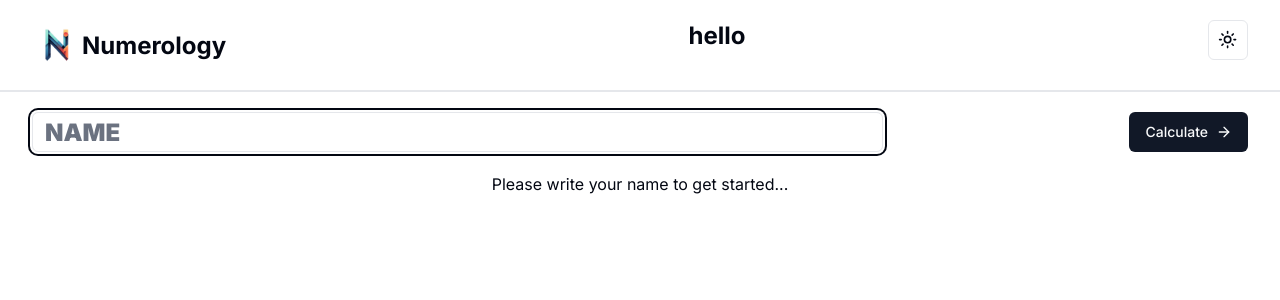
Repository: RaghunadhSahitDruvam/mynumerology
Page: /
The author's editor kept a copy of each file at every save. The page is drawn from the files as they stood at one save, then again after the next save.
The browser window is 1280 px wide. The pictures show the whole page.
The project was rebuilt for these pictures with package versions that can differ from the ones it lists, and the page was loaded fresh each time. The framework's server and built-in components were replaced by stand-ins that run in the browser. Also part of the build but not shown: next.config.js, components/ui/alert-dialog.tsx.

Above is the page before, as saved 2023-12-21 08:00:30.

After the next save:
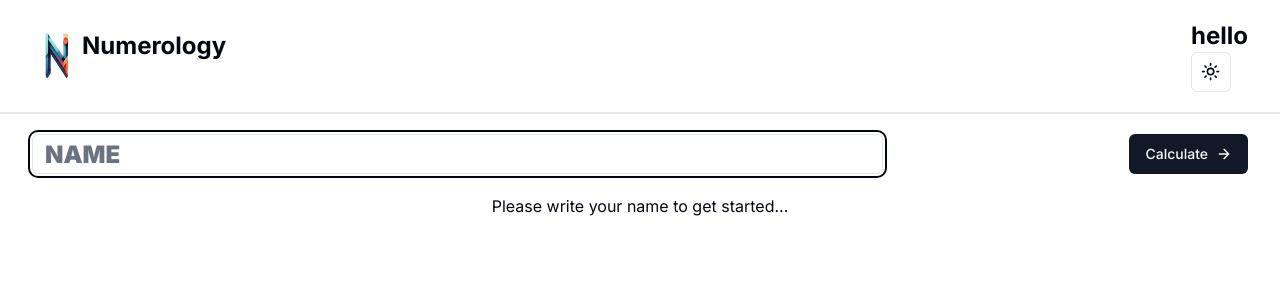
Saved 15 s later.
--- a/components/header.tsx
+++ b/components/header.tsx
@@ -11,8 +11,10 @@ const Header = () => {
           <Image src={"/images/logo.png"} alt="logo" height={50} width={50} />
           <span className="mt-[10px]">Numerology</span>
         </Link>
-        <h1>hello</h1>
-        <ModeToggle />
+        <div className="">
+          <h1>hello</h1>
+          <ModeToggle />
+        </div>
       </div>
       <div className="border-b-2"></div>
     </div>
